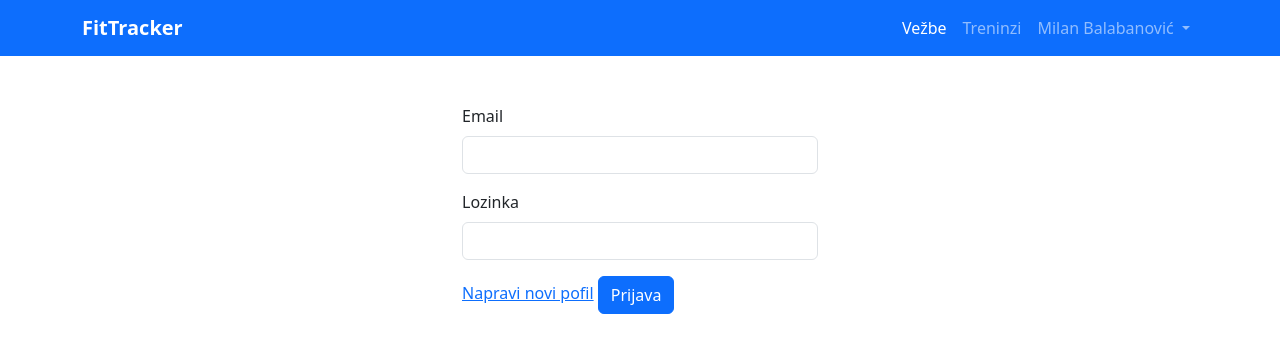
Repository: M1K1B/FitTracker
Page: http://localhost/FitTrackerWeb/login.jsp
An editor plug-in stored every save of this project. The page is shown before and after a run of saves, followed by the edit.
The browser window is 1280 px wide. The pictures show the whole page.
The page is served by Tomcat 9.

Above is the page before, as saved 2024-01-31 14:36:04.

After the next 2 saves:
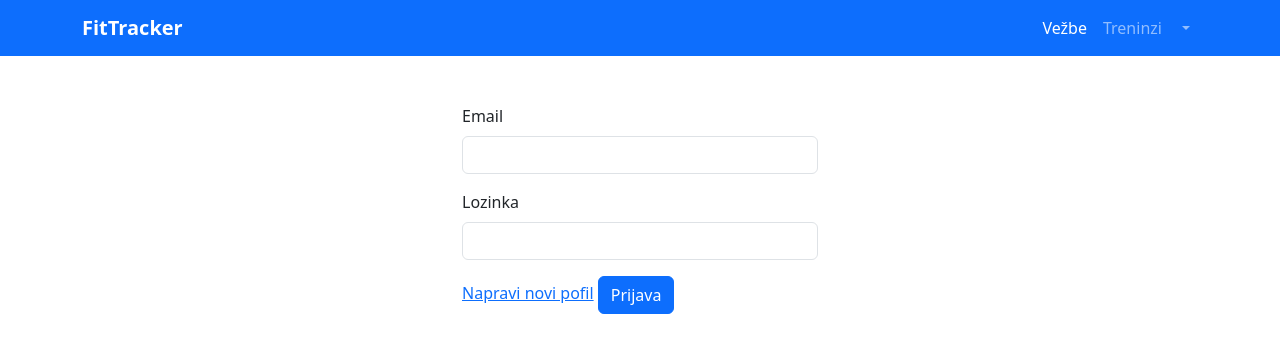
The 2 saves are shown as one change because they came seconds apart.
The last was saved 37 s later.
--- a/FitTrackerWeb/src/main/webapp/header.jsp
+++ b/FitTrackerWeb/src/main/webapp/header.jsp
@@ -7,41 +7,51 @@
 <meta name="viewport"
 	content="width=device-width, initial-scale=1, shrink-to-fit=no">
 <!-- Bootstrap CSS - Include the CSS file or use a CDN link -->
-<link href="https://cdn.jsdelivr.net/npm/bootstrap@5.3.2/dist/css/bootstrap.min.css" rel="stylesheet" integrity="sha384-T3c6CoIi6uLrA9TneNEoa7RxnatzjcDSCmG1MXxSR1GAsXEV/Dwwykc2MPK8M2HN" crossorigin="anonymous">
+<link
+	href="https://cdn.jsdelivr.net/npm/bootstrap@5.3.2/dist/css/bootstrap.min.css"
+	rel="stylesheet"
+	integrity="sha384-T3c6CoIi6uLrA9TneNEoa7RxnatzjcDSCmG1MXxSR1GAsXEV/Dwwykc2MPK8M2HN"
+	crossorigin="anonymous">
 </head>
 <body>
 
 	<!-- Bootstrap Navbar -->
 	<nav class="navbar navbar-dark navbar-expand-lg bg-primary">
-  <div class="container">
-    <a class="navbar-brand" href="#"><strong>FitTracker</strong></a>
-    <button class="navbar-toggler" type="button" data-bs-toggle="collapse" data-bs-target="#navbarSupportedContent" aria-controls="navbarSupportedContent" aria-expanded="false" aria-label="Toggle navigation">
-      <span class="navbar-toggler-icon"></span>
-    </button>
-    <div class="collapse navbar-collapse" id="navbarSupportedContent">
-      <ul class="navbar-nav ms-auto mb-2 mb-lg-0">
-        <li class="nav-item">
-          <a class="nav-link active" aria-current="page" href="/FitTracker/vezbe/sveVezbe">Vežbe</a>
-        </li>
-        <li class="nav-item">
-          <a class="nav-link" href="/FitTracker/treninzi/sviTreninzi">Treninzi</a>
-        </li>
-        <li class="nav-item dropdown">
-          <a class="nav-link dropdown-toggle" href="#" role="button" data-bs-toggle="dropdown" aria-expanded="false">
-            Milan Balabanović
-          </a>
-          <ul class="dropdown-menu">
-          	<li><a class="dropdown-item" href="/FitTracker/profil/mojProfil">Moj nalog</a></li>
-            <li><a class="dropdown-item" href="/FitTracker/vezbe/podesavanja">Podešavanja</a></li>
-            <li><hr class="dropdown-divider"></li>
-            <li><a class="dropdown-item text-danger" href="/FitTracker/logout">Izlogujte se</a></li>
-          </ul>
-        </li>
-    </div>
-  </div>
-</nav>
+		<div class="container">
+			<a class="navbar-brand" href="#"><strong>FitTracker</strong></a>
+			<button class="navbar-toggler" type="button"
+				data-bs-toggle="collapse" data-bs-target="#navbarSupportedContent"
+				aria-controls="navbarSupportedContent" aria-expanded="false"
+				aria-label="Toggle navigation">
+				<span class="navbar-toggler-icon"></span>
+			</button>
+			<div class="collapse navbar-collapse" id="navbarSupportedContent">
+				<ul class="navbar-nav ms-auto mb-2 mb-lg-0">
+					<li class="nav-item"><a class="nav-link active"
+						aria-current="page" href="/FitTracker/vezbe/sveVezbe">Vežbe</a></li>
+					<li class="nav-item"><a class="nav-link"
+						href="/FitTracker/treninzi/sviTreninzi">Treninzi</a></li>
+					<li class="nav-item dropdown"><a
+						class="nav-link dropdown-toggle" href="#" role="button"
+						data-bs-toggle="dropdown" aria-expanded="false"> <c:if
+								test="${userRole eq 'ADMIN'}">
+								<p>Welcome, Admin!</p>
+							</c:if>
+					</a>
+						<ul class="dropdown-menu">
+							<li><a class="dropdown-item"
+								href="/FitTracker/profil/mojProfil">Moj nalog</a></li>
+							<li><a class="dropdown-item"
+								href="/FitTracker/vezbe/podesavanja">Podešavanja</a></li>
+							<li><hr class="dropdown-divider"></li>
+							<li><a class="dropdown-item text-danger"
+								href="/FitTracker/logout">Izlogujte se</a></li>
+						</ul></li>
+			</div>
+		</div>
+	</nav>
 
 	<!-- Your Content Goes Here -->
-<!-- <script src="https://cdn.jsdelivr.net/npm/bootstrap@5.3.2/dist/js/bootstrap.bundle.min.js" integrity="sha384-C6RzsynM9kWDrMNeT87bh95OGNyZPhcTNXj1NW7RuBCsyN/o0jlpcV8Qyq46cDfL" crossorigin="anonymous"></script> -->
+	<!-- <script src="https://cdn.jsdelivr.net/npm/bootstrap@5.3.2/dist/js/bootstrap.bundle.min.js" integrity="sha384-C6RzsynM9kWDrMNeT87bh95OGNyZPhcTNXj1NW7RuBCsyN/o0jlpcV8Qyq46cDfL" crossorigin="anonymous"></script> -->
 </body>
 </html>
